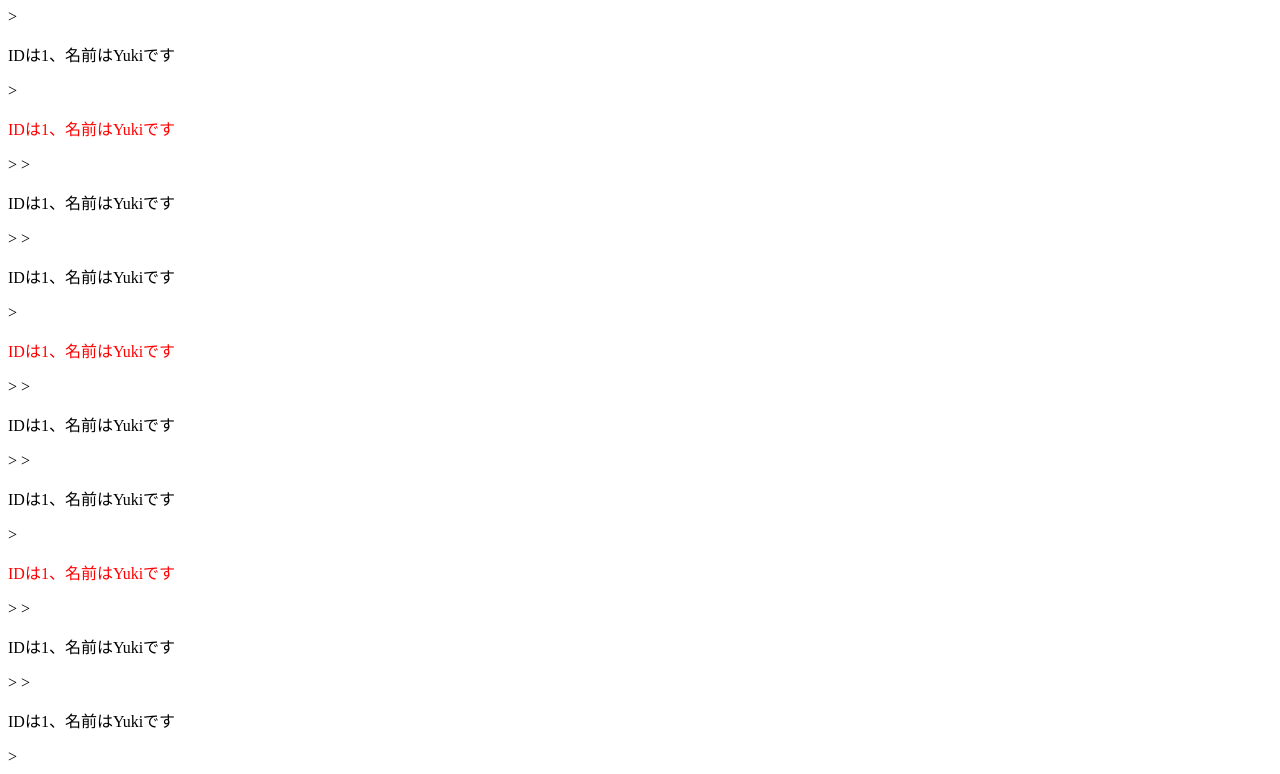
Repository: sakku-14/sukkiri_servlet
Page: http://localhost/lucky/ex.jsp
The author's editor kept a copy of each file at every save. The page is drawn from the files as they stood at one save, then again after the next save.
The browser window is 1280 px wide. The pictures show the whole page.
The page is served by Tomcat 9.

Above is the page before, as saved 2021-10-17 23:16:57.

After the next save:
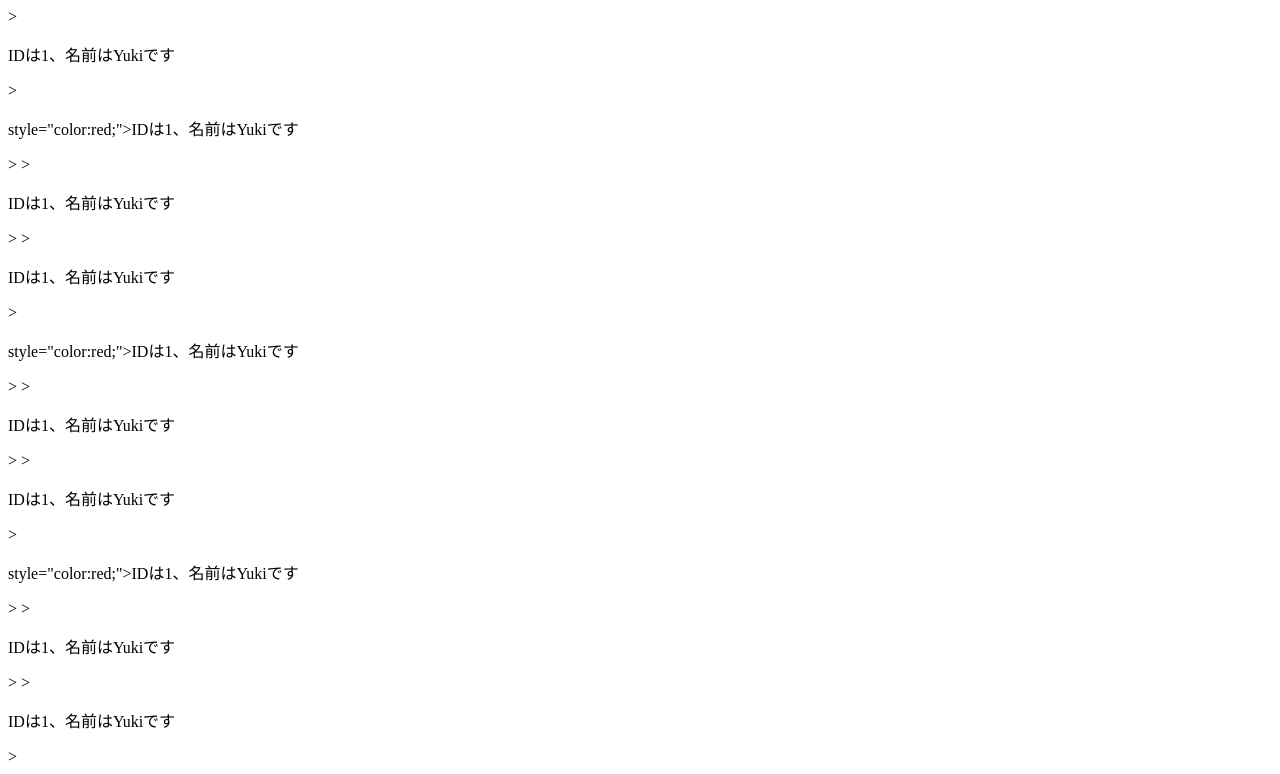
Saved 28 s later.
--- a/lucky/src/main/webapp/ex.jsp
+++ b/lucky/src/main/webapp/ex.jsp
@@ -15,7 +15,7 @@
 <body>
 <% for(int i = 0; i < 10; i++) { %>
 	<% if (i % 3 == 1) { %>
-		<p style="color:red;">IDは<%= emp.getId() %>、名前は<%= emp.getName() %>です</p>
+		<p> style="color:red;">IDは<%= emp.getId() %>、名前は<%= emp.getName() %>です</p>
 	<% } else {%>>
 		<p>IDは<%= emp.getId() %>、名前は<%= emp.getName() %>です</p>
 	<% } %>>
